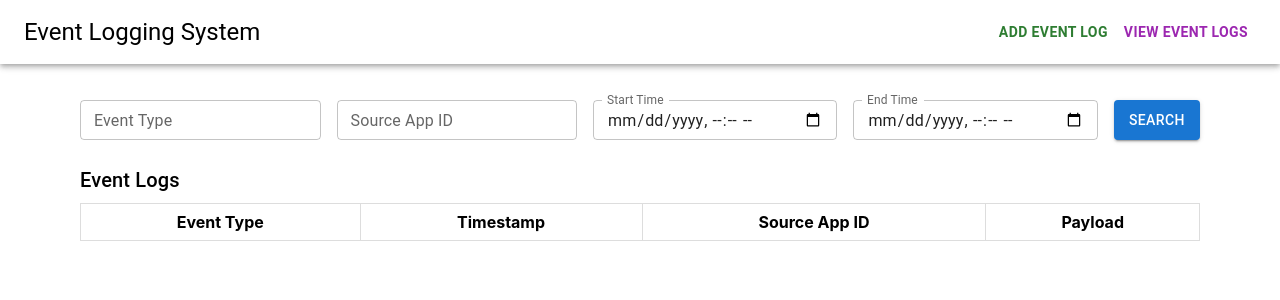
Repository: sayan0fficial/ErrorLogSys
Page: /viewlogs (app in frontend/)
An editor plug-in stored every save of this project. The page is shown before and after the next save, followed by the edit.
The browser window is 1280 px wide. The pictures show the whole page.
The page's requests for data from a server got no answer. The project was rebuilt for these pictures with package versions that can differ from the ones it lists, and the page was loaded fresh each time. No one was signed in, and anything a server would have sent is missing. Also part of the build but not shown: frontend/src/components/eventLogForm.js.

Above is the page before, as saved 2024-11-25 05:56:57.

### frontend/src/App.js
import React, { useState } from 'react';
import { BrowserRouter as Router, Routes, Route } from 'react-router-dom';
import { AppBar, Toolbar, Button, Container, Typography } from '@mui/material';
import { Link as RouterLink } from 'react-router-dom'; // Use for routing links
import EventLogForm from './components/eventLogForm';
import EventLogList from './components/eventLogList';

const App = () => {
  const [eventLogs, setEventLogs] = useState([]);

  const handleAddEvent = (newEvent) => {
    setEventLogs([newEvent, ...eventLogs]);
  };

  return (
    <Router>
      <div>
        <AppBar position="static" color="transparent">
          <Toolbar>
            <Typography variant="h5" style={{ flexGrow: 1 }}>
              Event Logging System
            </Typography>
            <Button color="success" component={RouterLink} to="/addlogs">
              <b>Add Event Log</b>
            </Button>
            <Button color="secondary" component={RouterLink} to="/viewlogs">
              <b>View Event Logs</b>
            </Button>
          </Toolbar>
        </AppBar>

       {/* main content */}
        <Container style={{ marginTop: '20px' }}>
          <Routes>
            <Route
              path="/addlogs"
              element={<EventLogForm onAdd={(newEvent) => handleAddEvent(newEvent)} />}
            />
            <Route path="/viewlogs" element={<EventLogList eventLogs={eventLogs} />} />
          </Routes>
        </Container>
      </div>
    </Router>
  );
};

export default App;

### frontend/src/components/eventLogList.js
import React, { useEffect, useState } from 'react';
import { getEventLogs } from '../services/api';
import { Box, Button, TextField, Typography } from '@mui/material';

const EventLogList = () => {
  const [eventLogs, setEventLogs] = useState([]); // Array of logs
  const [filters, setFilters] = useState({
    eventType: '',
    sourceAppId: '',
    startTime: '',
    endTime: '',
  });

  // Fetch Event Logs
  const fetchEventLogs = async () => {
    try {
      const data = await getEventLogs(filters); // Fetch logs using API
      setEventLogs(Array.isArray(data) ? data : []); // Ensure it's an array
    } catch (error) {
      console.error('Error fetching event logs:', error.response?.data || error.message);
      alert('Error fetching logs. Please check the console for details.');
      setEventLogs([]);
    }
  };

  // Fetch logs on filter changes
  useEffect(() => {
    fetchEventLogs();
  }, [filters]);

  const formatTimestamp = (timestamp) => {
    if (timestamp) {
      return new Date(timestamp).toLocaleString('en-US', { timeZone: 'UTC' });
    }
    return 'No Timestamp';
  };

  const formatPayload = (payload) => {
    if (payload && Object.keys(payload).length > 0) {
      return Object.entries(payload)
        .map(([key, value]) => `${key}: ${value}`)
        .join(', ');
    }
    return 'Empty Payload';
  };

  return (
    <Box sx={{ padding: 2 }}>
      {/* Filters */}
      <Box sx={{ display: 'flex', gap: 2, marginBottom: 3 }}>
        <TextField
          label="Event Type"
          value={filters.eventType}
          onChange={(e) => setFilters({ ...filters, eventType: e.target.value })}
          variant="outlined"
          size="small"
        />
        <TextField
          label="Source App ID"
          value={filters.sourceAppId}
          onChange={(e) => setFilters({ ...filters, sourceAppId: e.target.value })}
          variant="outlined"
          size="small"
        />
        <TextField
          label="Start Time"
          type="datetime-local"
          value={filters.startTime}
          onChange={(e) => setFilters({ ...filters, startTime: e.target.value })}
          InputLabelProps={{ shrink: true }}
          size="small"
        />
        <TextField
          label="End Time"
          type="datetime-local"
          value={filters.endTime}
          onChange={(e) => setFilters({ ...filters, endTime: e.target.value })}
          InputLabelProps={{ shrink: true }}
          size="small"
        />
        <Button variant="contained" color="primary" onClick={fetchEventLogs}>
          Search
        </Button>
      </Box>
      <Typography variant="h6" gutterBottom>
        Event Logs
      </Typography>

      {/* Basic Table */}
      <Box sx={{ height: 'auto' }}>
        <table style={{ width: '100%', borderCollapse: 'collapse' }}>
          <thead>
            <tr>
              <th style={{ border: '1px solid #ddd', padding: '8px' }}>Event Type</th>
              <th style={{ border: '1px solid #ddd', padding: '8px' }}>Timestamp</th>
              <th style={{ border: '1px solid #ddd', padding: '8px' }}>Source App ID</th>
              <th style={{ border: '1px solid #ddd', padding: '8px' }}>Payload</th>
            </tr>
          </thead>
          <tbody>
            {eventLogs.map((log) => (
              <tr key={log._id}>
                <td style={{ border: '1px solid #ddd', padding: '8px' }}>{log.eventType}</td>
                <td style={{ border: '1px solid #ddd', padding: '8px' }}>
                  {formatTimestamp(log.timestamp)}
                </td>
                <td style={{ border: '1px solid #ddd', padding: '8px' }}>{log.sourceAppId}</td>
                <td style={{ border: '1px solid #ddd', padding: '8px' }}>
                  {formatPayload(log.payload)}
                </td>
              </tr>
            ))}
          </tbody>
        </table>
      </Box>
    </Box>
  );
};

export default EventLogList;

### frontend/src/services/api.js
import axios from 'axios';

const API_URL = 'http://localhost:80/eventlog';

// API call to add a new event log
export const addEventLog = async (eventLogData) => {
  try {
    const response = await axios.post(`${API_URL}/add`, eventLogData);
    return response.data; // Assuming the backend sends the created event log as a response
  } catch (error) {
    console.error('Error adding event log:', error);
    throw error; // This can be caught in the calling component to show an error
  }
};

export const getEventLogs = async (filters) => {
  try {
    const response = await axios.get(`${API_URL}/fetch`, { params: filters });
    return response.data; // Assuming the backend sends data as response
  } catch (error) {
    console.error('Error fetching event logs:', error.message || error.response);
    throw error; // Rethrow the error to handle it in the calling component
  }
};

Loaded but not shown: frontend/public/index.html (common file); frontend/src/index.js (common file); frontend/src/index.css (common file); frontend/src/reportWebVitals.js (common file)

After the next save:
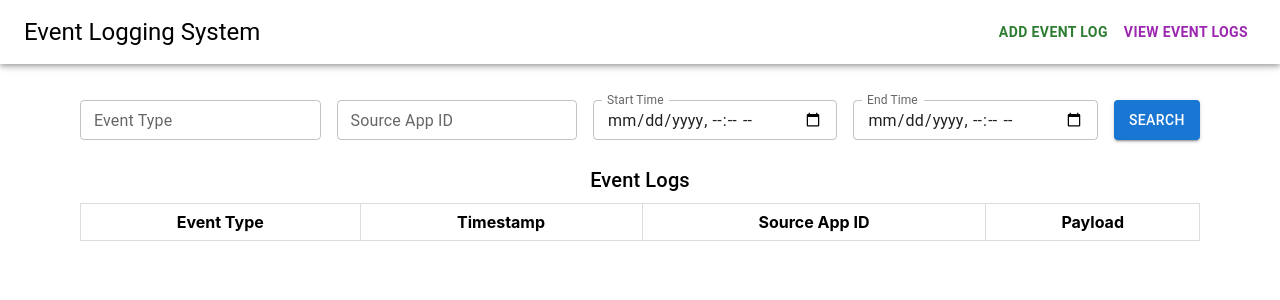
Saved 69 s later.
--- a/frontend/src/components/eventLogList.js
+++ b/frontend/src/components/eventLogList.js
@@ -82,7 +82,7 @@ const EventLogList = () => {
           Search
         </Button>
       </Box>
-      <Typography variant="h6" gutterBottom>
+      <Typography variant="h6" gutterBottom sx={{ textAlign: 'center' }}>
         Event Logs
       </Typography>
 
